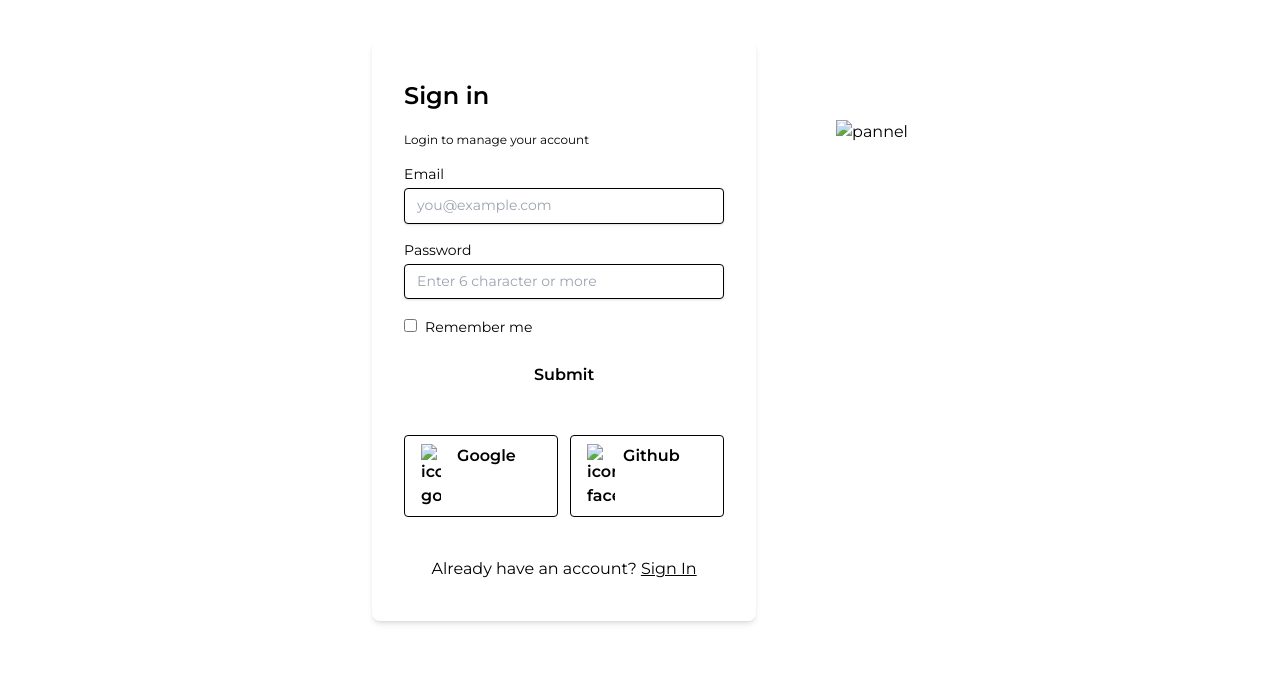
Repository: a3-1811/CodeWarZ-Client
Page: /
The author's editor kept a copy of each file at every save. The page is drawn from the files as they stood at one save, then again after the next save.
The browser window is 1280 px wide. The pictures show the whole page.
The project was rebuilt for these pictures with package versions that can differ from the ones it lists, and the page was loaded fresh each time. Also part of the build but not shown: src/pages/page/Register/index.js, src/pages/page/Main/index.js, src/pages/page/Profile/index.js, src/pages/page404.js.

Above is the page before, as saved 2022-02-22 18:19:26.
Not found: img/icon-gg.png
Not found: img/icon-github.png
Not found: img/undraw_programming_re_kg9v.svg

After the next save:
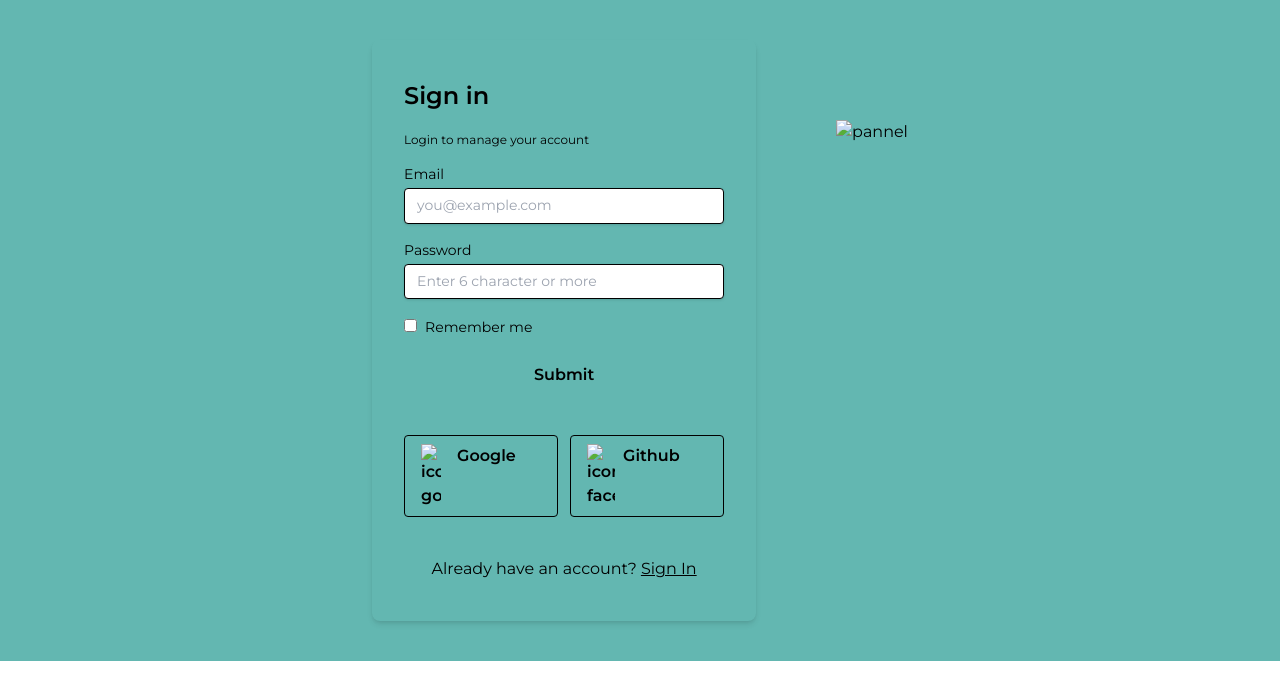
Saved 4 min 23 s later.
--- a/src/pages/page/Login/index.js
+++ b/src/pages/page/Login/index.js
@@ -2,7 +2,7 @@
 
 function Login() {
   return (
-    <div className="bg-gray-800 flex justify-center lg:justify-center md:justify-start p-0 md:p-10 overflow-x-hidden">
+    <div className="bg-secondary flex justify-center lg:justify-center md:justify-start p-0 md:p-10 overflow-x-hidden">
       <form className="max-w-sm bg-white rounded-lg shadow-md py-10 px-8">
         <h1 className="text-2xl font-bold w-screen">Sign in</h1>
         <p className="text-gray-400 text-xs mt-5">

After the save that followed:
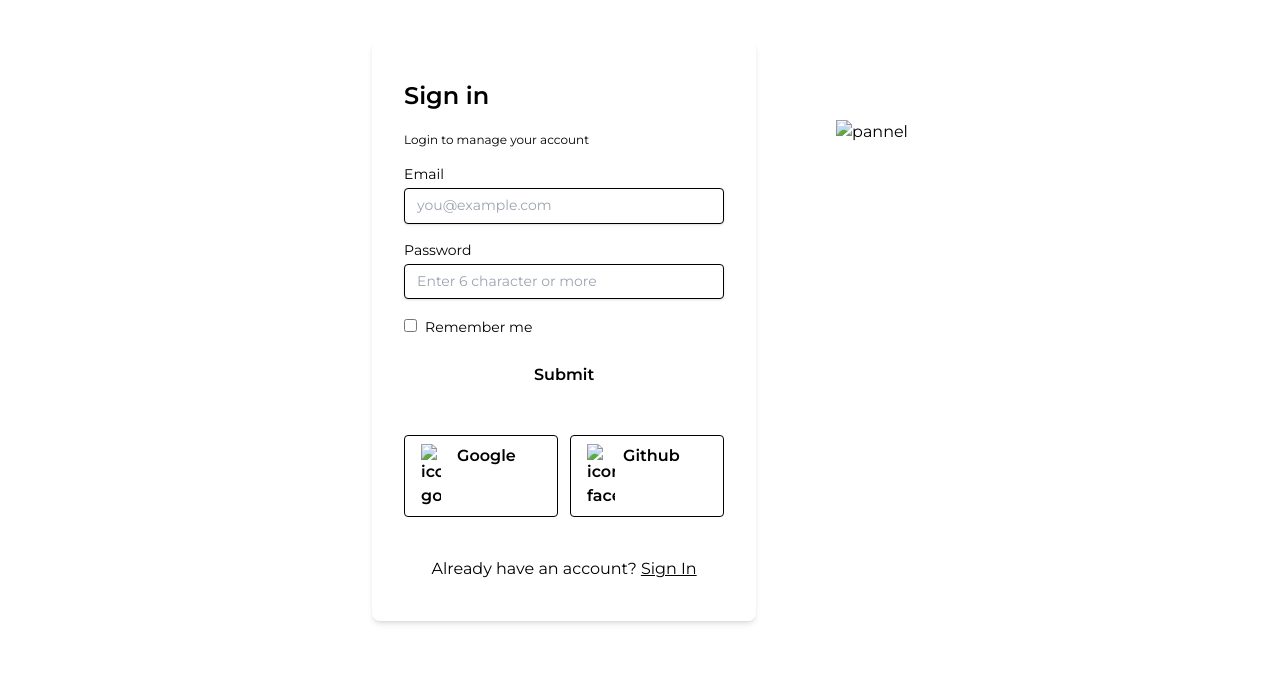
Saved 11 s later.
--- a/src/pages/page/Login/index.js
+++ b/src/pages/page/Login/index.js
@@ -2,7 +2,7 @@
 
 function Login() {
   return (
-    <div className="bg-secondary flex justify-center lg:justify-center md:justify-start p-0 md:p-10 overflow-x-hidden">
+    <div className="bg-gray-800 flex justify-center lg:justify-center md:justify-start p-0 md:p-10 overflow-x-hidden">
       <form className="max-w-sm bg-white rounded-lg shadow-md py-10 px-8">
         <h1 className="text-2xl font-bold w-screen">Sign in</h1>
         <p className="text-gray-400 text-xs mt-5">
